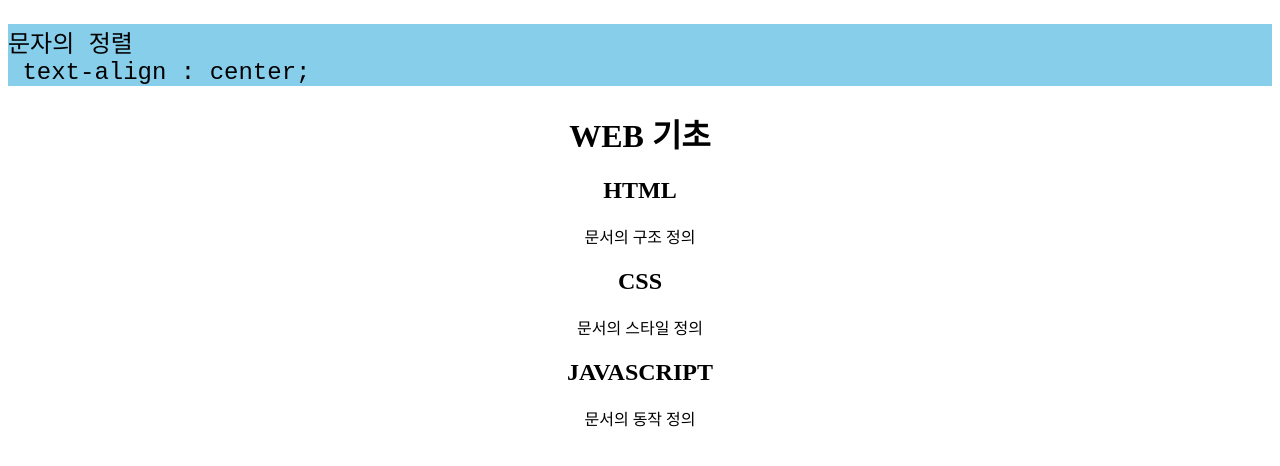
Repository: solsol7/ddit-html
Page: webpro/WebContent/0621/예제1.html
The author's editor kept a copy of each file at every save. The page is drawn from the files as they stood at one save, then again after the next save.
The browser window is 1280 px wide. The pictures show the whole page.

Above is the page before, as saved 2023-06-21 06:44:39.

After the next save:
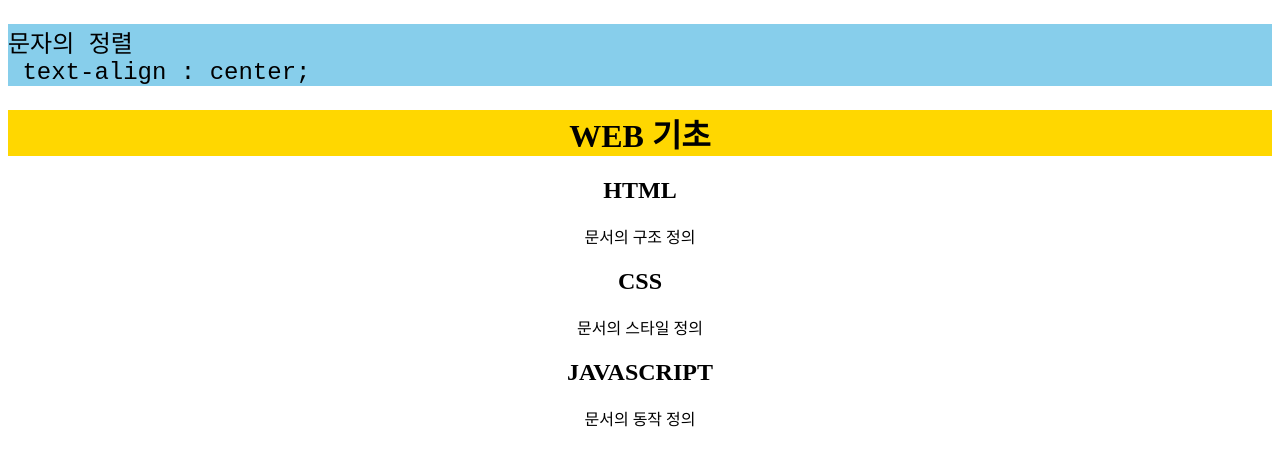
Saved 35 s later.
--- a/webpro/WebContent/0621/예제1.html
+++ b/webpro/WebContent/0621/예제1.html
@@ -10,6 +10,10 @@
 
 h1, h2, p {
 	text-align: center;
+}
+
+h1{
+	background-color : gold;
 }
 
 </style>
